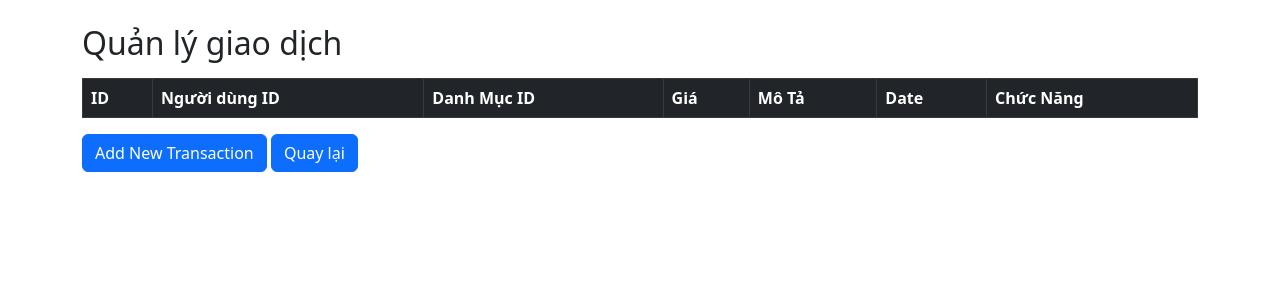
Repository: PhanVanHoa051204/Project3
Page: http://localhost/Project3/GiaoDich/transactions.jsp
These files come from the project's save history. The page is drawn as it stood at one moment and after the next save; the edit follows.
The browser window is 1280 px wide. The pictures show the whole page.
The page is served by Tomcat 9. Queries for data that is not in the repository find no rows.

Above is the page before, as saved 2025-03-14 11:28:56.

After the next save:
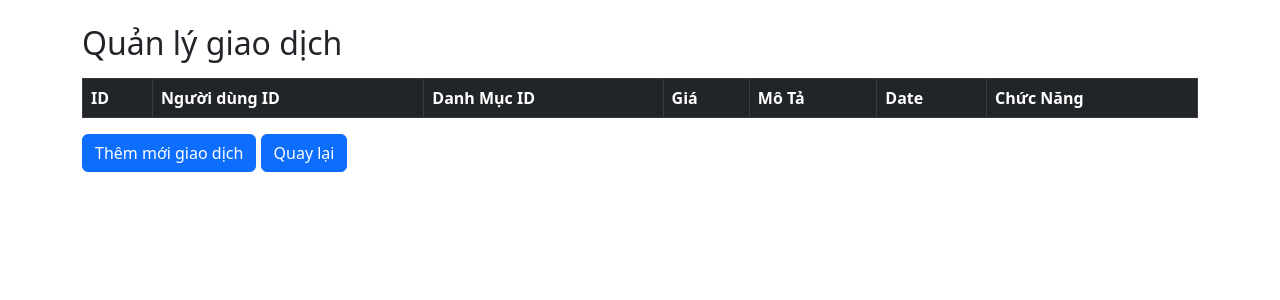
Saved 11 s later.
--- a/PhanVanHoa_2210900023_K22CNT1/Project3/src/main/webapp/GiaoDich/transactions.jsp
+++ b/PhanVanHoa_2210900023_K22CNT1/Project3/src/main/webapp/GiaoDich/transactions.jsp
@@ -42,7 +42,7 @@
         </tbody>
     </table>
 
-    <a href="addTransaction.jsp" class="btn btn-primary">Add New Transaction</a>
+    <a href="addTransaction.jsp" class="btn btn-primary">Thêm mới giao dịch</a>
     <a href="${pageContext.request.contextPath}/dashboard.jsp" class="btn btn-primary">Quay lại</a>
 </body>
 </html>
